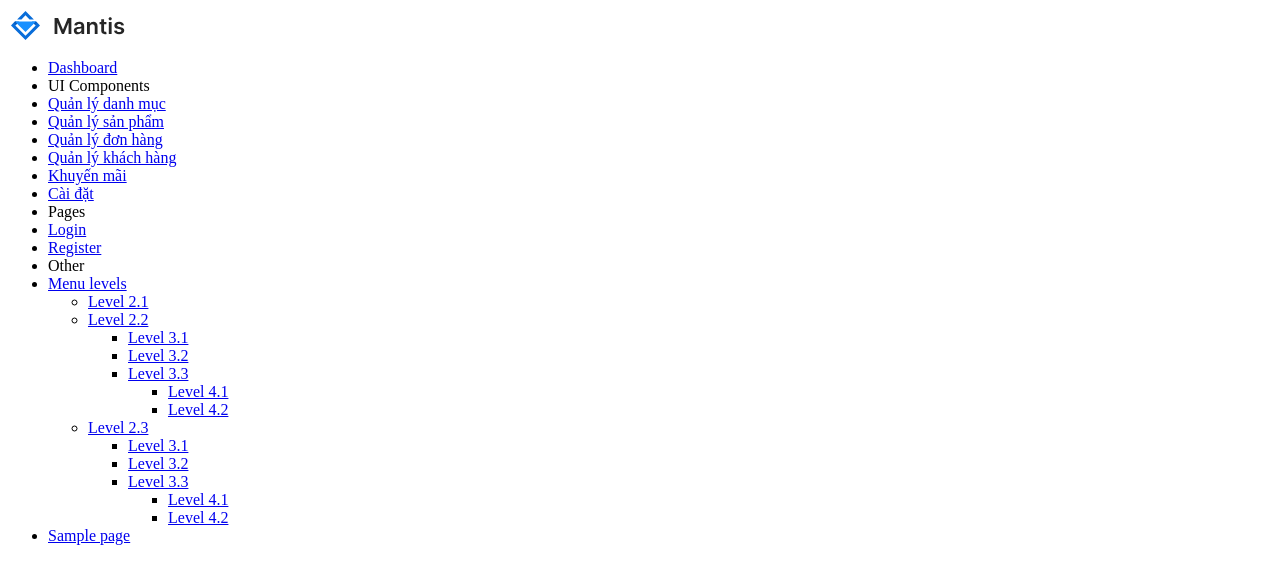
Repository: DucDMinh/LTWebJava_Nhom10
Page: http://localhost/admin/fragments/sidebar
The author's editor kept a copy of each file at every save. The page is drawn from the files as they stood at one save, then again after the next save.
The browser window is 1280 px wide. The pictures show the whole page.
The page is this project's Thymeleaf template; nobody is signed in. The template is opened directly, without the code that normally fills it, so the values that code supplies are empty.

Above is the page before, as saved 2025-10-20 00:47:39.

### nhom10/src/main/resources/templates/admin/fragments/sidebar.html

<!-- [ Sidebar Menu ] start -->
<nav class="pc-sidebar" th:fragment="sidebar">
	<div class="navbar-wrapper">
		<div class="m-header">
			<a href="../dashboard/index.html" class="b-brand text-primary"> <!-- ========   Change your logo from here   ============ -->
				<img src="../assets/images/logo-dark.svg" class="img-fluid logo-lg"
				alt="logo">
			</a>
		</div>
		<div class="navbar-content">
			<ul class="pc-navbar">
				<li class="pc-item"><a href="admin" class="pc-link"> <span
						class="pc-micon"><i class="ti ti-dashboard"></i></span> <span
						class="pc-mtext">Dashboard</span>
				</a></li>

				<li class="pc-item pc-caption"><label>UI Components</label> <i
					class="ti ti-dashboard"></i></li>
				<li class="pc-item"><a href="admin/category" class="pc-link">
						<span class="pc-micon"><i class="ti ti-bookmarks"></i></span> <span
						class="pc-mtext">Quản lý danh mục</span>
				</a></li>
				<li class="pc-item"><a href="admin/category" class="pc-link">
						<span class="pc-micon"><i class="ti ti-brand-producthunt"></i></span>
						<span class="pc-mtext">Quản lý sản phẩm</span>
				</a></li>
				<li class="pc-item"><a href="admin/category" class="pc-link">
						<span class="pc-micon"><i class="ti ti-license"></i></span> <span
						class="pc-mtext">Quản lý đơn hàng</span>
				</a></li>
				<li class="pc-item"><a href="admin/category" class="pc-link">
						<span class="pc-micon"><i class="ti ti-users"></i></span> <span
						class="pc-mtext">Quản lý khách hàng</span>
				</a></li>
				<li class="pc-item"><a href="admin/category" class="pc-link">
						<span class="pc-micon"><i class="ti ti-discount-2"></i></span> <span
						class="pc-mtext">Khuyến mãi</span>
				</a></li>
				<li class="pc-item"><a href="admin/category" class="pc-link">
						<span class="pc-micon"><i class="ti ti-settings"></i></span> <span
						class="pc-mtext">Cài đặt</span>
				</a></li>


				<li class="pc-item pc-caption"><label>Pages</label> <i
					class="ti ti-news"></i></li>
				<li class="pc-item"><a href="../pages/login.html"
					class="pc-link"> <span class="pc-micon"><i
							class="ti ti-lock"></i></span> <span class="pc-mtext">Login</span>
				</a></li>
				<li class="pc-item"><a href="../pages/register.html"
					class="pc-link"> <span class="pc-micon"><i
							class="ti ti-user-plus"></i></span> <span class="pc-mtext">Register</span>
				</a></li>

				<li class="pc-item pc-caption"><label>Other</label> <i
					class="ti ti-brand-chrome"></i></li>
				<li class="pc-item pc-hasmenu"><a href="#!" class="pc-link"><span
						class="pc-micon"><i class="ti ti-menu"></i></span><span
						class="pc-mtext">Menu levels</span><span class="pc-arrow"><i
							data-feather="chevron-right"></i></span></a>
					<ul class="pc-submenu">
						<li class="pc-item"><a class="pc-link" href="#!">Level
								2.1</a></li>
						<li class="pc-item pc-hasmenu"><a href="#!" class="pc-link">Level
								2.2<span class="pc-arrow"><i data-feather="chevron-right"></i></span>
						</a>
							<ul class="pc-submenu">
								<li class="pc-item"><a class="pc-link" href="#!">Level
										3.1</a></li>
								<li class="pc-item"><a class="pc-link" href="#!">Level
										3.2</a></li>
								<li class="pc-item pc-hasmenu"><a href="#!" class="pc-link">Level
										3.3<span class="pc-arrow"><i
											data-feather="chevron-right"></i></span>
								</a>
									<ul class="pc-submenu">
										<li class="pc-item"><a class="pc-link" href="#!">Level
												4.1</a></li>
										<li class="pc-item"><a class="pc-link" href="#!">Level
												4.2</a></li>
									</ul></li>
							</ul></li>
						<li class="pc-item pc-hasmenu"><a href="#!" class="pc-link">Level
								2.3<span class="pc-arrow"><i data-feather="chevron-right"></i></span>
						</a>
							<ul class="pc-submenu">
								<li class="pc-item"><a class="pc-link" href="#!">Level
										3.1</a></li>
								<li class="pc-item"><a class="pc-link" href="#!">Level
										3.2</a></li>
								<li class="pc-item pc-hasmenu"><a href="#!" class="pc-link">Level
										3.3<span class="pc-arrow"><i
											data-feather="chevron-right"></i></span>
								</a>
									<ul class="pc-submenu">
										<li class="pc-item"><a class="pc-link" href="#!">Level
												4.1</a></li>
										<li class="pc-item"><a class="pc-link" href="#!">Level
												4.2</a></li>
									</ul></li>
							</ul></li>
					</ul></li>
				<li class="pc-item"><a href="../other/sample-page.html"
					class="pc-link"> <span class="pc-micon"><i
							class="ti ti-brand-chrome"></i></span> <span class="pc-mtext">Sample
							page</span>
				</a></li>
			</ul>

		</div>
	</div>
</nav>
<!-- [ Sidebar Menu ] end -->

### nhom10/src/main/resources/static/assets/images/logo-dark.svg
<svg width="118" height="35" viewBox="0 0 118 35" fill="none" xmlns="http://www.w3.org/2000/svg"><path d="M4.63564 15.8644L6.94797 13.552L6.95038 13.5496H11.3006L9.56969 15.2806L9.12278 15.7275L7.35024 17.5L7.56977 17.7201L17.5 27.6498L27.6498 17.5L25.8766 15.7275L25.7518 15.602L23.6994 13.5496H28.0496L28.052 13.552L29.8644 15.3644L32 17.5L17.5 32L3 17.5L4.63564 15.8644ZM17.5 3L25.8784 11.3784H21.5282L17.5 7.35024L13.4718 11.3784H9.12158L17.5 3Z" fill="#096dd9"></path><path d="M7.35025 17.5L9.1228 15.7275L9.5697 15.2805L7.83937 13.5496H6.95039L6.94798 13.552L4.63564 15.8644L6.8551 18.073L7.35025 17.5Z" fill="url(#paint0_linear)"></path><path d="M25.8767 15.7275L27.6498 17.5L27.4743 17.6755L27.4749 17.6761L29.8644 15.3644L28.0521 13.552L28.0497 13.5496H27.8736L25.7518 15.602L25.8767 15.7275Z" fill="url(#paint1_linear)"></path><path d="M6.94549 13.5496L6.9479 13.552L9.12272 15.7275L17.4999 24.1041L28.0544 13.5496H6.94549Z" fill="#1890ff"></path><path d="M46.5781 10V26H49.3594V14.9844H49.5078L53.9297 25.9531H56.0078L60.4297 15.0078H60.5781V26H63.3594V10H59.8125L55.0625 21.5937H54.875L50.125 10H46.5781ZM69.8438 26.2422C71.7266 26.2422 72.8516 25.3594 73.3672 24.3516H73.4609V26H76.1797V17.9687C76.1797 14.7969 73.5937 13.8438 71.3047 13.8438C68.7813 13.8438 66.8437 14.9687 66.2188 17.1562L68.8594 17.5312C69.1406 16.7109 69.9375 16.0078 71.3203 16.0078C72.6328 16.0078 73.3516 16.6797 73.3516 17.8594V17.9062C73.3516 18.7188 72.5 18.7578 70.3828 18.9844C68.0547 19.2344 65.8281 19.9297 65.8281 22.6328C65.8281 24.9922 67.5547 26.2422 69.8438 26.2422ZM70.5781 24.1641C69.3984 24.1641 68.5547 23.625 68.5547 22.5859C68.5547 21.5 69.5 21.0469 70.7656 20.8672C71.5078 20.7656 72.9922 20.5781 73.3594 20.2812V21.6953C73.3594 23.0312 72.2813 24.1641 70.5781 24.1641ZM81.8516 18.9687C81.8516 17.2344 82.8984 16.2344 84.3906 16.2344C85.8516 16.2344 86.7266 17.1953 86.7266 18.7969V26H89.5547V18.3594C89.5625 15.4844 87.9219 13.8438 85.4453 13.8438C83.6484 13.8438 82.4141 14.7031 81.8672 16.0391H81.7266V14H79.0234V26H81.8516V18.9687ZM98.4219 14H96.0547V11.125H93.2266V14H91.5234V16.1875H93.2266V22.8594C93.2109 25.1172 94.8516 26.2266 96.9766 26.1641C97.7813 26.1406 98.3359 25.9844 98.6406 25.8828L98.1641 23.6719C98.0078 23.7109 97.6875 23.7812 97.3359 23.7812C96.625 23.7812 96.0547 23.5312 96.0547 22.3906V16.1875H98.4219V14ZM100.787 26H103.615V14H100.787V26ZM102.209 12.2969C103.107 12.2969 103.842 11.6094 103.842 10.7656C103.842 9.91406 103.107 9.22656 102.209 9.22656C101.303 9.22656 100.568 9.91406 100.568 10.7656C100.568 11.6094 101.303 12.2969 102.209 12.2969ZM116.008 17.1719C115.617 15.1406 113.992 13.8438 111.18 13.8438C108.289 13.8438 106.32 15.2656 106.328 17.4844C106.32 19.2344 107.398 20.3906 109.703 20.8672L111.75 21.2969C112.852 21.5391 113.367 21.9844 113.367 22.6641C113.367 23.4844 112.477 24.1016 111.133 24.1016C109.836 24.1016 108.992 23.5391 108.75 22.4609L105.992 22.7266C106.344 24.9297 108.195 26.2344 111.141 26.2344C114.141 26.2344 116.258 24.6797 116.266 22.4062C116.258 20.6953 115.156 19.6484 112.891 19.1562L110.844 18.7188C109.625 18.4453 109.141 18.0234 109.148 17.3281C109.141 16.5156 110.039 15.9531 111.219 15.9531C112.523 15.9531 113.211 16.6641 113.43 17.4531L116.008 17.1719Z" fill="#000" fill-opacity="0.85"></path><defs><linearGradient id="paint0_linear" x1="8.62526" y1="14.0888" x2="5.56709" y2="17.1469" gradientUnits="userSpaceOnUse"><stop stop-color="#003a8c"></stop><stop offset="0.9637" stop-color="#096dd9" stop-opacity="0"></stop></linearGradient><linearGradient id="paint1_linear" x1="26.2675" y1="14.1279" x2="28.7404" y2="16.938" gradientUnits="userSpaceOnUse"><stop stop-color="#003a8c"></stop><stop offset="1" stop-color="#096dd9" stop-opacity="0"></stop></linearGradient></defs></svg>

After the next save:
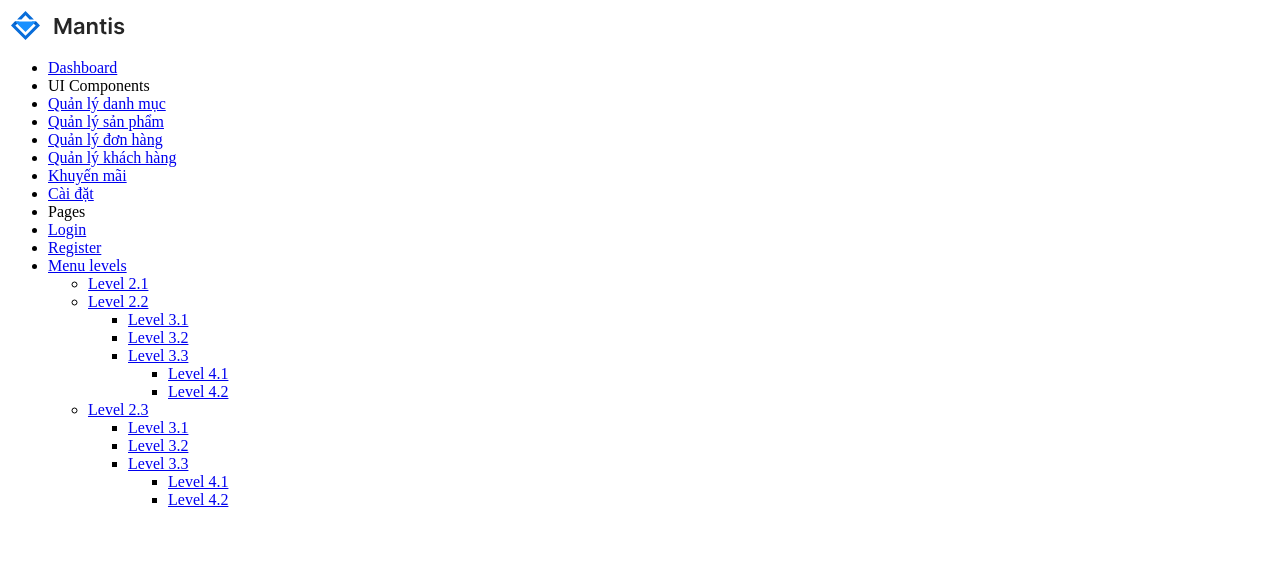
Saved 4 min 5 s later.
--- a/nhom10/src/main/resources/templates/admin/fragments/sidebar.html
+++ b/nhom10/src/main/resources/templates/admin/fragments/sidebar.html
@@ -54,8 +54,6 @@
 							class="ti ti-user-plus"></i></span> <span class="pc-mtext">Register</span>
 				</a></li>
 
-				<li class="pc-item pc-caption"><label>Other</label> <i
-					class="ti ti-brand-chrome"></i></li>
 				<li class="pc-item pc-hasmenu"><a href="#!" class="pc-link"><span
 						class="pc-micon"><i class="ti ti-menu"></i></span><span
 						class="pc-mtext">Menu levels</span><span class="pc-arrow"><i
@@ -102,11 +100,6 @@
 									</ul></li>
 							</ul></li>
 					</ul></li>
-				<li class="pc-item"><a href="../other/sample-page.html"
-					class="pc-link"> <span class="pc-micon"><i
-							class="ti ti-brand-chrome"></i></span> <span class="pc-mtext">Sample
-							page</span>
-				</a></li>
 			</ul>
 
 		</div>
